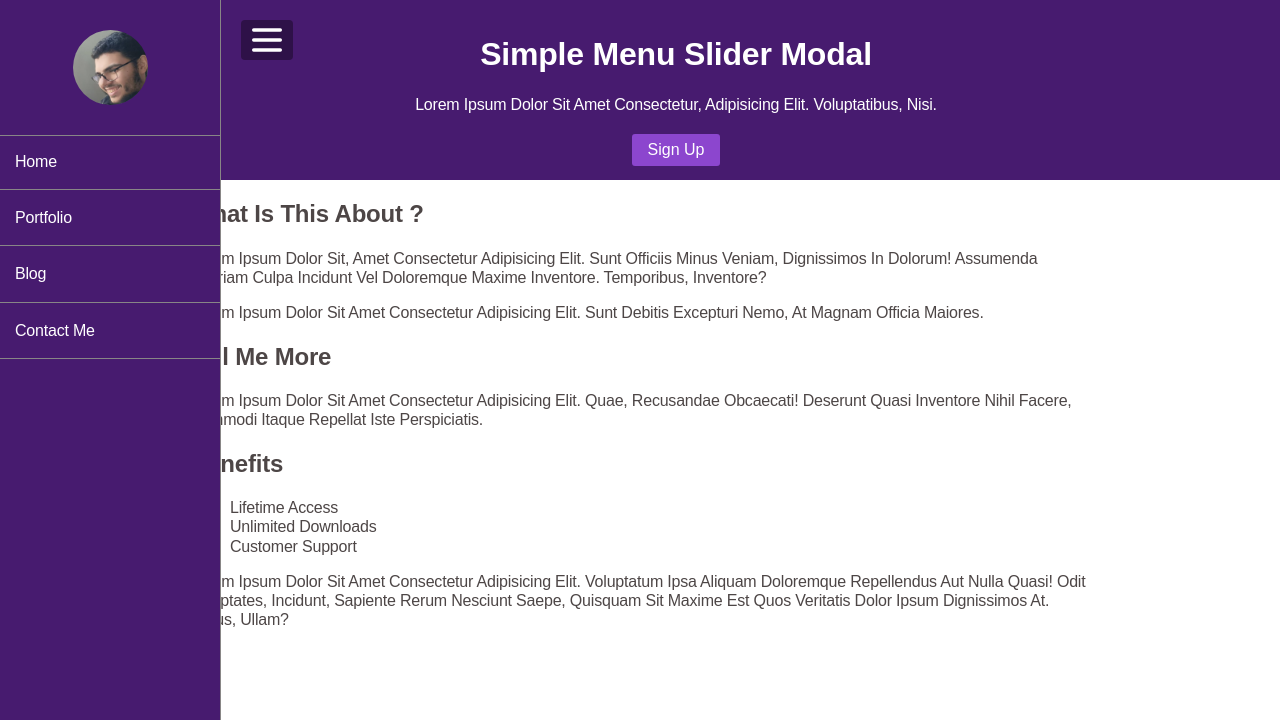
Repository: lilo750/Menu-Slider-modal
Page: index.html
The author's editor kept a copy of each file at every save. The page is drawn from the files as they stood at one save, then again after the next save.
The browser window is 1280 px wide. The pictures show the whole page.

Above is the page before, as saved 2024-01-17 10:30:21.

### index.html
<!DOCTYPE html>
<html lang="en">
    <head>
        <meta charset="UTF-8" />
        <meta name="viewport" content="width=device-width, initial-scale=1.0" />
        <title>menu-slider-modal</title>
        <script defer src="assets/logic.js"></script>
        <link rel="stylesheet" href="assets/style.css" />
    </head>
    <body>
        <div class="left-menu">
            <aside>
                <div id="profile-img">
                    <img
                        src="assets/visuals/profile-img.jpg"
                        alt="profile image"
                    />
                </div>
                <ul>
                    <li><a href="#">home</a></li>
                    <li><a href="#">portfolio</a></li>
                    <li><a href="#">blog</a></li>
                    <li><a href="#">contact me</a></li>
                </ul>
            </aside>

            <button id="burger-btn">
                <img
                    src="assets/visuals/burger-menu-svgrepo-com.svg"
                    alt="burger icon"
                />
            </button>
        </div>
        <div class="container">
            <header>
                <div class="heading">
                    <h1>Simple Menu slider Modal</h1>
                    <p>
                        Lorem ipsum dolor sit amet consectetur, adipisicing
                        elit. Voluptatibus, nisi.
                    </p>
                    <button id="signUp-btn">Sign Up</button>
                </div>
            </header>

            <main>
                <h2>what is this about ?</h2>
                <p>
                    Lorem ipsum dolor sit, amet consectetur adipisicing elit.
                    Sunt officiis minus veniam, dignissimos in dolorum!
                    Assumenda aperiam culpa incidunt vel doloremque maxime
                    inventore. Temporibus, inventore?
                </p>
                <p>
                    Lorem ipsum dolor sit amet consectetur adipisicing elit.
                    Sunt debitis excepturi nemo, at magnam officia maiores.
                </p>
                <h2>tell me more</h2>
                <p>
                    Lorem ipsum dolor sit amet consectetur adipisicing elit.
                    Quae, recusandae obcaecati! Deserunt quasi inventore nihil
                    facere, commodi itaque repellat iste perspiciatis.
                </p>
                <h2>benefits</h2>
                <ul>
                    <li>lifetime access</li>
                    <li>unlimited downloads</li>
                    <li>customer support</li>
                </ul>
                <p>
                    Lorem ipsum dolor sit amet consectetur adipisicing elit.
                    Voluptatum ipsa aliquam doloremque repellendus aut nulla
                    quasi! Odit voluptates, incidunt, sapiente rerum nesciunt
                    saepe, quisquam sit maxime est quos veritatis dolor ipsum
                    dignissimos at. Minus, ullam?
                </p>
            </main>
        </div>
        <!-- ./container -->

        <div class="modal">
            <header>
                <span>Sign Up</span>
                <button id="close-btn">
                    <img
                        src="assets/visuals/close-icon.svg"
                        alt="burger icon"
                    />
                </button>
            </header>
            <form>
                <p>Register with us to get offers. support and more</p>
                <div class="form-control">
                    <label for="name">Name</label>
                    <input id="name" type="text" required />
                </div>
                <div class="form-control">
                    <label for="mail">Email</label>
                    <input id="mail" type="email" required />
                </div>
                <div class="form-control">
                    <label for="pass">Password</label>
                    <input id="pass" type="password" required />
                </div>
                <div class="form-control">
                    <label for="cpass">Confirm Password</label>
                    <input id="cpass" type="password" required />
                </div>

                <button id="submit-btn" type="submit">submit</button>
            </form>
        </div>
    </body>
</html>

### assets/logic.js
const signUpBtn = document.getElementById('signUp-btn');
const closeBtn = document.getElementById('close-btn');
const modal = document.querySelector('.modal');
const container = document.querySelector('.container');

const openModalHandler = (event) => {
    event.stopPropagation(); // Stop the event from propagating to the container
    modal.style.pointerEvents = 'auto';
    modal.style.visibility = 'visible';
    modal.style.opacity = '1';
};

const closeModalHandler = () => {
    modal.style.pointerEvents = 'none';
    modal.style.visibility = 'hidden';
    modal.style.opacity = '0';
};

const modalOverlayHandler = () => {
    if (modal.style.visibility === 'visible') {
        closeModalHandler();
    }
};

container.addEventListener('click', modalOverlayHandler);
signUpBtn.addEventListener('click', openModalHandler);
closeBtn.addEventListener('click', closeModalHandler);

### assets/style.css
html {
    font-family: sans-serif;
    letter-spacing: -0.2px;
    color: #4d4646;
}

body {
    height: 100vh;
    margin: 0;
    padding: 0;
    text-transform: capitalize;
    line-height: 1.2;
}

.left-menu {
    position: absolute;
    display: flex;

    & aside {
        height: 100vh;
        background-color: rgb(71, 27, 111);
        width: 220px;
        border-right: 1px solid #888686;

        #profile-img {
            display: flex;
            align-items: center;
            justify-content: center;
            padding-block: 30px;
            border-bottom: 1px solid #888686;

            & img {
                width: 75px;
                height: 75px;
                border-radius: 50%;
            }
        }

        & ul {
            list-style: none;
            display: flex;
            flex-direction: column;
            padding-inline: 0;

            & li {
                border-bottom: 1px solid #888686;
                padding-block: 18px;
                padding-left: 15px;

                & a {
                    display: block;
                    width: 100%;
                    color: #fff;
                    font-weight: 500;
                    text-decoration: none;
                    cursor: pointer;
                }
            }

            & li:first-child {
                padding-top: 0;
            }
        }
    }

    #burger-btn {
        display: flex;
        align-items: center;
        justify-content: center;
        height: 40px;
        background-color: rgb(46, 17, 72);
        border: none;
        cursor: pointer;
        position: relative;
        left: 20px;
        top: 20px;
        border-radius: 4px;
    }
}

.container {
    display: flex;
    flex-direction: column;

    & header {
        background-color: rgb(71, 27, 111);
        color: #fff;
        text-align: center;
        padding: 14px 8px;
        padding-left: 80px;

        #signUp-btn {
            background-color: rgb(140, 70, 206);
            color: inherit;
            border: 0;
            outline: 2px;
            padding: 7px 16px;
            border-radius: 3px;
            cursor: pointer;
            font-size: 16px;
        }

        & p {
            margin-bottom: 20px;
        }
    }

    & main {
        max-width: 900px;
        align-self: center;
        padding-inline: 20px;
    }
}

.modal {
    visibility: hidden;
    pointer-events: none;
    width: 370px;
    background-color: #fff;
    border-radius: 3px;
    box-shadow: 1px 3px 17px 8px #bab4b4;
    position: absolute;
    left: 50%;
    top: 41%;
    transform: translate(-50%, -50%);
    transition: opacity 0.3s ease-in-out;

    & header {
        background-color: rgb(94, 36, 147);
        display: flex;
        justify-content: space-between;
        align-items: center;
        padding: 8px;
        margin-bottom: 32px;

        & span {
            color: #fff;
            font-weight: 600;
            font-size: 16px;
        }

        #close-btn {
            background-color: transparent;
            border: none;
            cursor: pointer;
            color: #fff;
        }
    }

    & form {
        padding-bottom: 18px;

        & p {
            font-size: 15px;
            font-weight: 600;
        }

        padding-inline: 18px;

        .form-control {
            display: flex;
            flex-direction: column;
            row-gap: 8px;
            margin-bottom: 12px;

            & input {
                padding: 8px;
                border: 1px solid #bab4b4;
                outline: none;
            }
        }

        #submit-btn {
            background-color: rgb(140, 70, 206);
            color: #fff;
            border: 0;
            outline: 2px;
            padding: 7px 16px;
            border-radius: 4px;
            cursor: pointer;
            font-size: 16px;
        }
    }
}

### assets/visuals/burger-menu-svgrepo-com.svg
<?xml version="1.0" encoding="utf-8"?><!-- Uploaded to: SVG Repo, www.svgrepo.com, Generator: SVG Repo Mixer Tools -->
<svg width="40px" height="40px" viewBox="0 0 24 24" fill="none" xmlns="http://www.w3.org/2000/svg">
<path d="M4 18L20 18" stroke="#ffff" stroke-width="2" stroke-linecap="round"/>
<path d="M4 12L20 12" stroke="#ffff" stroke-width="2" stroke-linecap="round"/>
<path d="M4 6L20 6" stroke="#ffff" stroke-width="2" stroke-linecap="round"/>
</svg>

### assets/visuals/close-icon.svg
<?xml version="1.0"?><svg xmlns="http://www.w3.org/2000/svg" viewBox="0 0 30 30" width="22px" height="22px">    <path d="M 7 4 C 6.744125 4 6.4879687 4.0974687 6.2929688 4.2929688 L 4.2929688 6.2929688 C 3.9019687 6.6839688 3.9019687 7.3170313 4.2929688 7.7070312 L 11.585938 15 L 4.2929688 22.292969 C 3.9019687 22.683969 3.9019687 23.317031 4.2929688 23.707031 L 6.2929688 25.707031 C 6.6839688 26.098031 7.3170313 26.098031 7.7070312 25.707031 L 15 18.414062 L 22.292969 25.707031 C 22.682969 26.098031 23.317031 26.098031 23.707031 25.707031 L 25.707031 23.707031 C 26.098031 23.316031 26.098031 22.682969 25.707031 22.292969 L 18.414062 15 L 25.707031 7.7070312 C 26.098031 7.3170312 26.098031 6.6829688 25.707031 6.2929688 L 23.707031 4.2929688 C 23.316031 3.9019687 22.682969 3.9019687 22.292969 4.2929688 L 15 11.585938 L 7.7070312 4.2929688 C 7.5115312 4.0974687 7.255875 4 7 4 z"/></svg>

After the next save:
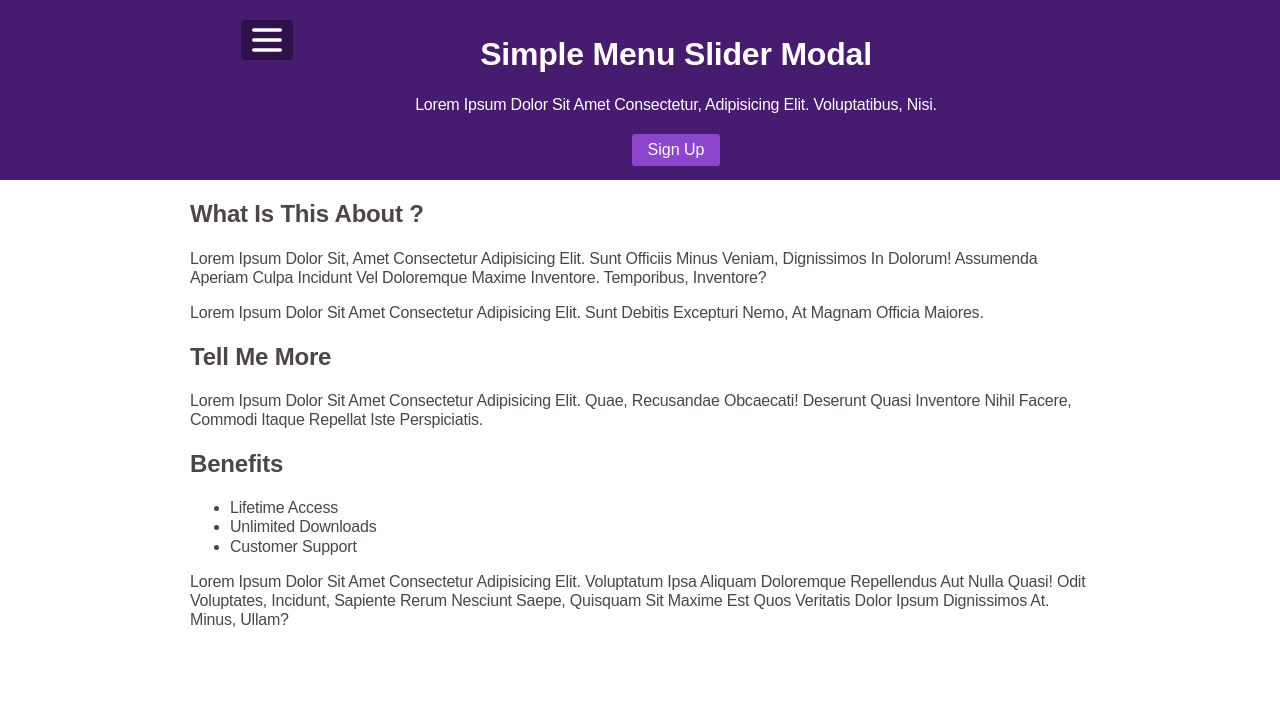
Saved 91 s later.
--- a/assets/style.css
+++ b/assets/style.css
@@ -18,6 +18,7 @@ body {
 
     & aside {
         height: 100vh;
+        visibility: hidden;
         background-color: rgb(71, 27, 111);
         width: 220px;
         border-right: 1px solid #888686;
